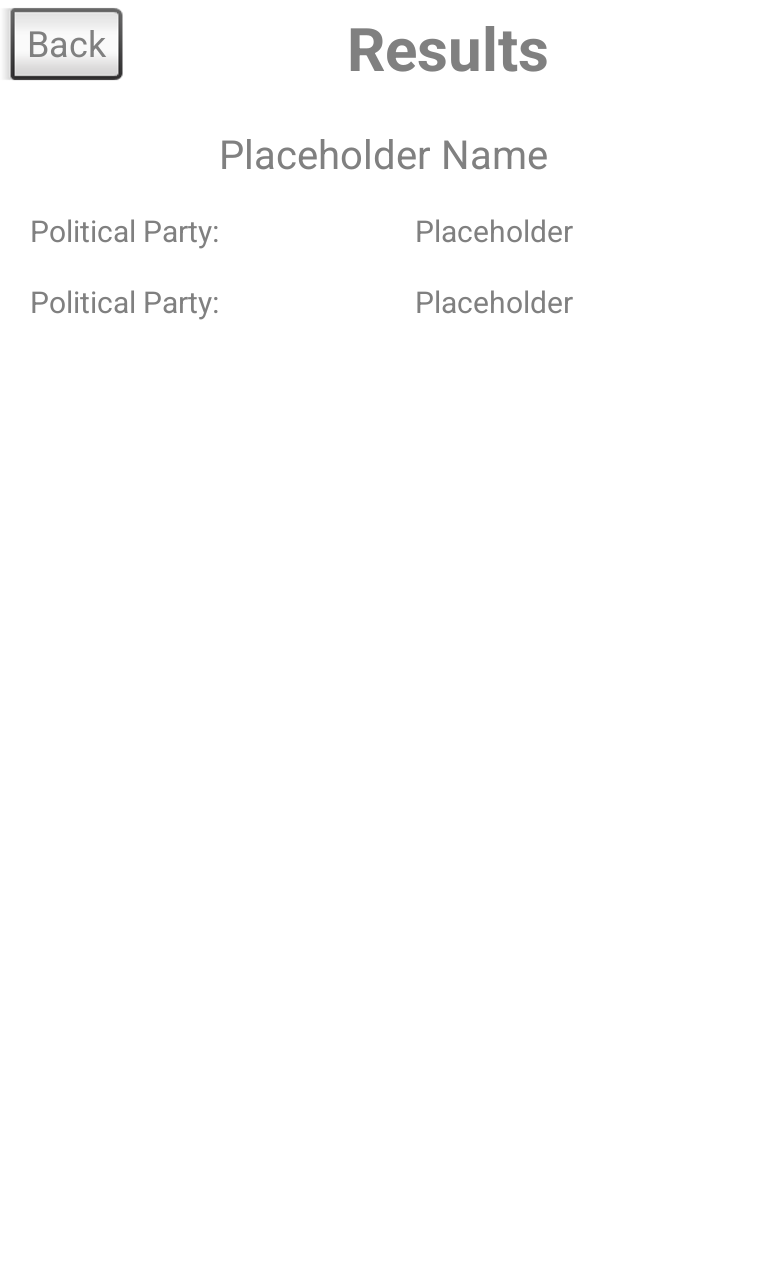
Repository: scottcaruso/Java_I_1307_Week4
Layout: myGov/res/layout/politician_display.xml
An editor plug-in stored every save of this project. The layout is shown before and after the next save, followed by the edit.
It is drawn on a 768 x 1280 px phone screen (xhdpi) without system bars, with theme AppTheme; the app's code is not run.

Above is the layout before, as saved 2013-08-01 21:11:58.

### myGov/res/layout/politician_display.xml
<?xml version="1.0" encoding="utf-8"?>
<LinearLayout xmlns:android="http://schemas.android.com/apk/res/android"
    android:layout_width="match_parent"
    android:layout_height="match_parent"
    android:orientation="vertical" >


    <LinearLayout
        android:layout_width="match_parent"
        android:layout_height="wrap_content"
        android:orientation="horizontal">
	    <Button
	        android:id="@+id/back"
	        style="@android:style/Widget.Holo.Button.Inset"
	        android:layout_width="wrap_content"
	        android:layout_height="wrap_content"
	        android:hint="@string/back" />

	    <TextView
	        android:id="@+id/foundpoliticians"
	        android:layout_width="match_parent"
	        android:layout_height="wrap_content"
	        android:layout_gravity="center"
	        android:gravity="center"
	        android:hint="@string/results"
	        android:textStyle="bold"
	        android:textSize="30sp" />

    </LinearLayout>

        <TextView
            android:id="@+id/politicianName"
            android:layout_width="wrap_content"
            android:layout_height="wrap_content"
            android:layout_gravity="center_horizontal"
            android:layout_marginTop="15dp"
            android:gravity="center"
            android:hint="@string/politician_name"
            android:textSize="20sp" />

     <LinearLayout
         android:id="@+id/partyLayout"
         android:layout_width="match_parent"
         android:layout_height="wrap_content"
         android:layout_marginTop="15dp"
         android:orientation="horizontal" >

         <TextView
             android:id="@+id/partylabel"
             android:layout_width="wrap_content"
             android:layout_height="wrap_content"
             android:layout_marginLeft="15dp"
             android:hint="@string/political_party_"
             android:textSize="15sp" />

         <TextView
             android:id="@+id/partytext"
             android:layout_width="match_parent"
             android:layout_height="wrap_content"
             android:layout_gravity="center"
	         android:gravity="center"
             android:hint="@string/placeholder"
             android:textSize="15sp" />
     </LinearLayout>

     <LinearLayout
         android:id="@+id/stateLayout"
         android:layout_width="match_parent"
         android:layout_height="wrap_content"
         android:layout_marginTop="15dp"
         android:orientation="horizontal" >

         <TextView
             android:id="@+id/statelabel"
             android:layout_width="wrap_content"
             android:layout_height="wrap_content"
             android:layout_marginLeft="15dp"
             android:hint="@string/political_party_"
             android:textSize="15sp" />

         <TextView
             android:id="@+id/partytext"
             android:layout_width="match_parent"
             android:layout_height="wrap_content"
             android:layout_gravity="center"
	         android:gravity="center"
             android:hint="@string/placeholder"
             android:textSize="15sp" />
     </LinearLayout>

final TextView polLabel = UIElementCreator.createLabel(currentMainContext, "Politician Name: ");
				final TextView polPartyLabel = UIElementCreator.createLabel(currentMainContext, "Party Affiliaition: ");
				final TextView polStateLabel = UIElementCreator.createLabel(currentMainContext, "From State: ");
				final TextView polTermLabel = UIElementCreator.createLabel(currentMainContext, "Term Started: ");
				final TextView polTwitterLabel = UIElementCreator.createLabel(currentMainContext, "Twitter Handle: ");
				final TextView polWebsiteLabel = UIElementCreator.createLabel(currentMainContext, "Website Address: ");

				final TextView polName = UIElementCreator.createLabel(currentMainContext,thisPol.getString("Name"));
				final TextView polParty = UIElementCreator.createLabel(currentMainContext, thisPol.getString("Party"));
				final TextView polState = UIElementCreator.createLabel(currentMainContext, thisPol.getString("State"));
				final TextView polTerm = UIElementCreator.createLabel(currentMainContext, thisPol.getString("Term Start"));
				final TextView polTwitter = UIElementCreator.createLabel(currentMainContext, thisPol.getString("Twitter"));
				final TextView polWebsite = UIElementCreator.createLabel(currentMainContext, thisPol.getString("Website"));

</LinearLayout>

### myGov/res/values/strings.xml
<?xml version="1.0" encoding="utf-8"?>
<resources>

    <string name="app_name">myGov</string>
    <string name="action_settings">Settings</string>
    <string name="hello_world">Hello world!</string>
    <string name="enter_zip">Enter Zip</string>
    <string name="search_now">Search Now</string>
    <string name="view_saved_politicians">View Saved Politicians</string>
    <string name="back">Back</string>
    <string name="results">Results</string>
    <string name="politician_name">Placeholder Name</string>
    <string name="political_party_">Political Party:</string>
    <string name="placeholder">Placeholder</string>

</resources>

Loaded but not shown: myGov/res/values/styles.xml (common file); myGov/res/values-v11/styles.xml (common file); myGov/res/values-v14/styles.xml (common file)

After the next save:
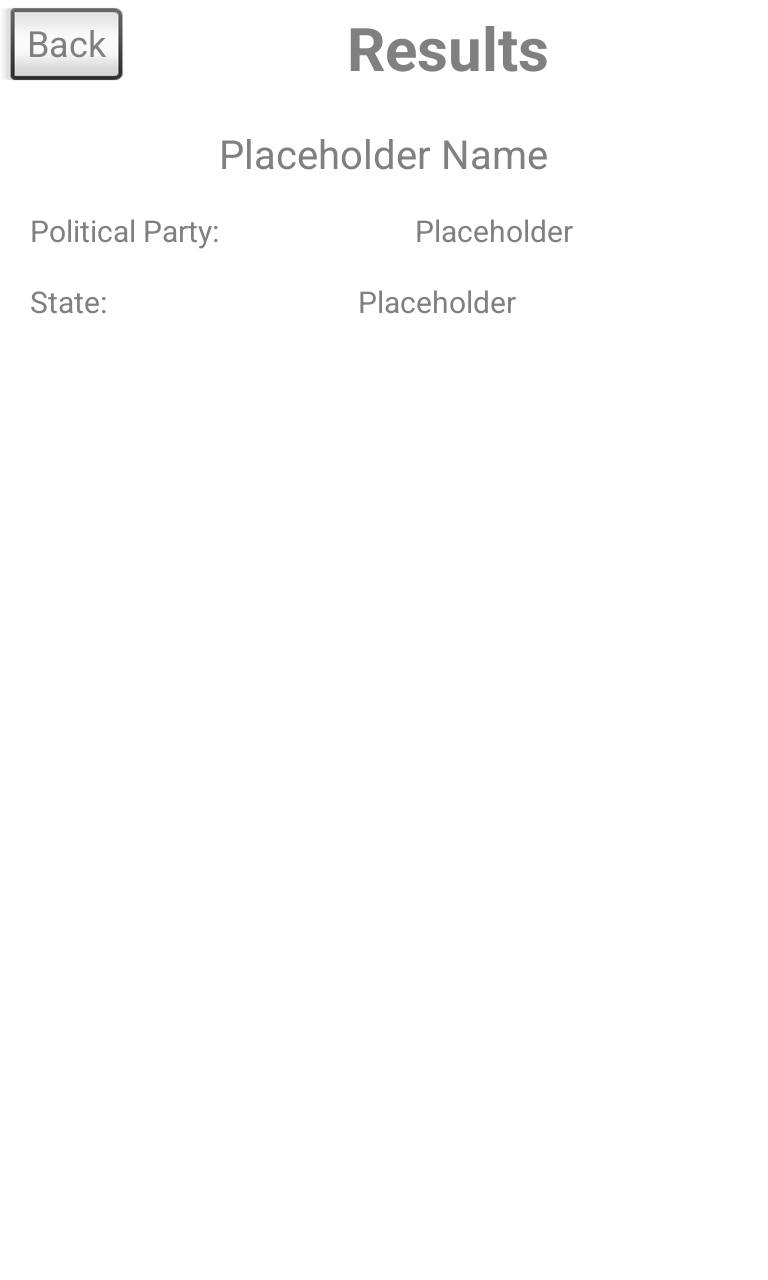
Saved 8 s later.
--- a/myGov/res/layout/politician_display.xml
+++ b/myGov/res/layout/politician_display.xml
@@ -75,7 +75,7 @@
              android:layout_width="wrap_content"
              android:layout_height="wrap_content"
              android:layout_marginLeft="15dp"
-             android:hint="@string/political_party_"
+             android:hint="State:"
              android:textSize="15sp" />
 
          <TextView
